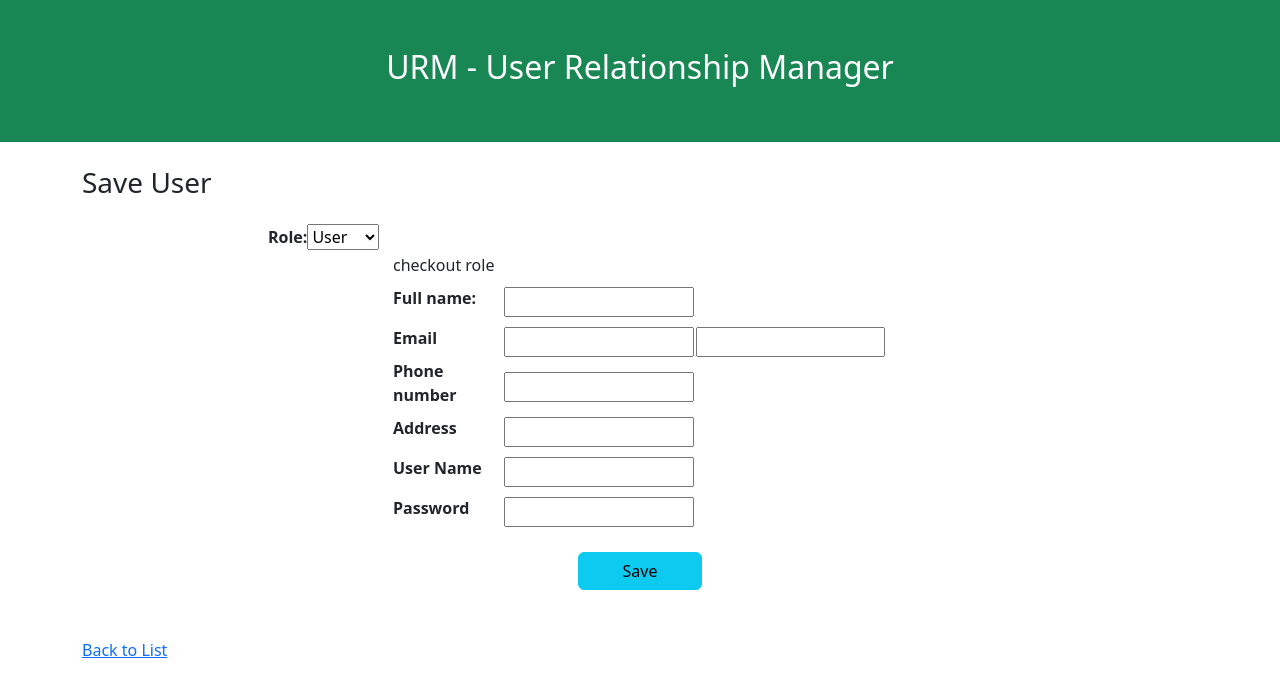
Repository: haitmq97/java-lab
Page: http://localhost/PRJ321x_Project1_haitmqfx22585/WEB-INF/views/add-user-form.jsp
These files come from the project's save history. The page is drawn as it stood at one moment and after the next save; the edit follows.
The browser window is 1280 px wide. The pictures show the whole page.
The page is served by Tomcat 9. Nobody is signed in. The template is opened directly, without the code that normally fills it, so the values that code supplies are empty.

Above is the page before, as saved 2024-01-16 17:32:11.

After the next save:
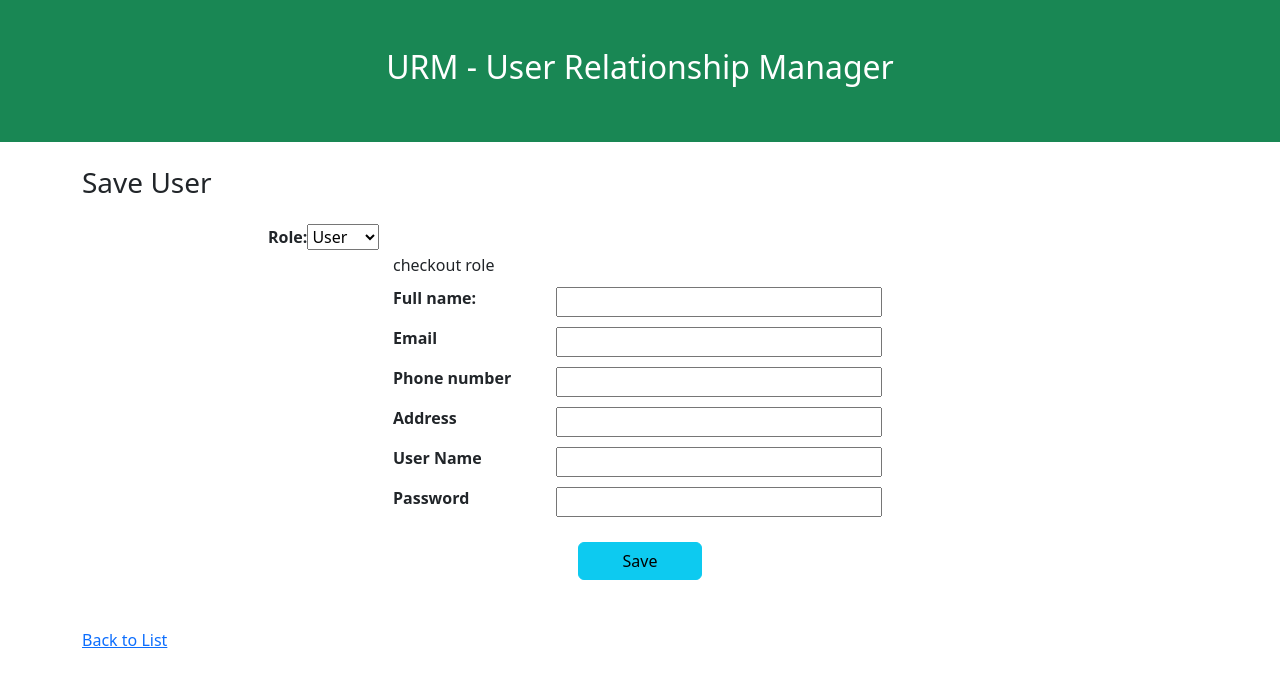
Saved 75 s later.
--- a/PRJ321x_Project1_haitmqfx22585/WebContent/WEB-INF/views/add-user-form.jsp
+++ b/PRJ321x_Project1_haitmqfx22585/WebContent/WEB-INF/views/add-user-form.jsp
@@ -58,7 +58,7 @@
 					</tr>
 					<tr>
 						<td><label class="fw-bold" for="email">Email</label></td>
-						<td><form:input class=" mt-2 col-12" id="email" path="email" /></td>
+						<td hidden><form:input class=" mt-2 col-12" id="email" path="email" /></td>
 						<td><input type="text" class=" mt-2 col-12" value="${user.email}" readonly/></td>
 						<td><form:errors path="email"/></td>
 

After the save that followed:
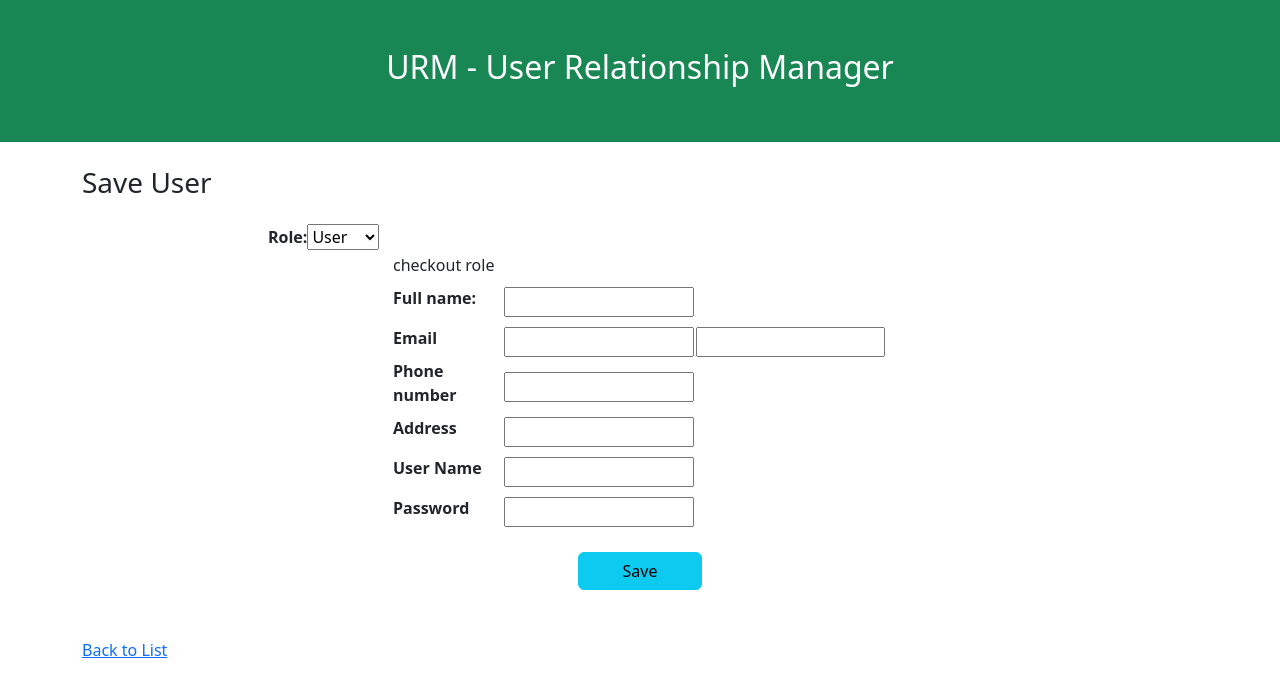
Saved 49 s later.
--- a/PRJ321x_Project1_haitmqfx22585/WebContent/WEB-INF/views/add-user-form.jsp
+++ b/PRJ321x_Project1_haitmqfx22585/WebContent/WEB-INF/views/add-user-form.jsp
@@ -58,7 +58,7 @@
 					</tr>
 					<tr>
 						<td><label class="fw-bold" for="email">Email</label></td>
-						<td hidden><form:input class=" mt-2 col-12" id="email" path="email" /></td>
+						<td ><form:input class=" mt-2 col-12" id="email" path="email" /></td>
 						<td><input type="text" class=" mt-2 col-12" value="${user.email}" readonly/></td>
 						<td><form:errors path="email"/></td>
 
